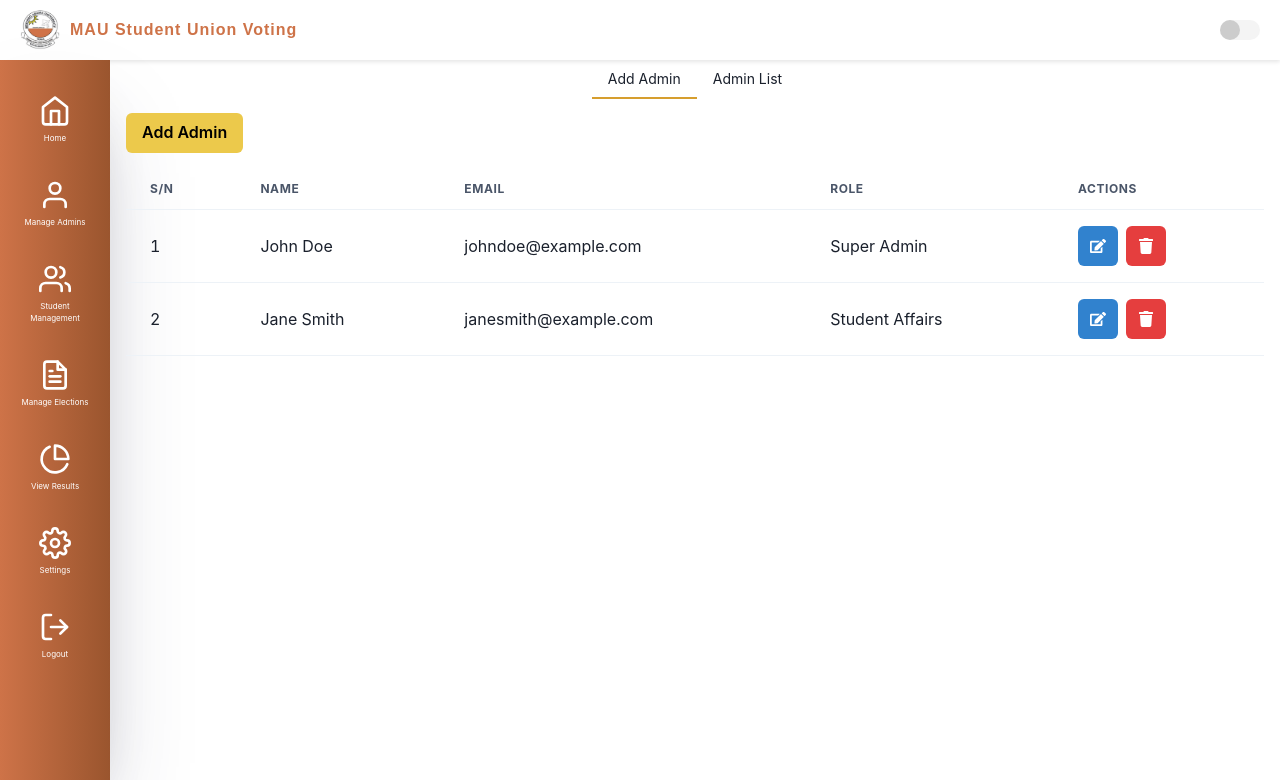
Repository: joena1o/e-vote
Page: /admin-dashboard/manage-admin
The author's editor kept a copy of each file at every save. The page is drawn from the files as they stood at one save, then again after the next save.
The browser window is 1280 px wide. The pictures show the whole page.
The project was rebuilt for these pictures with package versions that can differ from the ones it lists, and the page was loaded fresh each time. Also part of the build but not shown: src/components/EnhancedLogin.js, src/components/maincontent/RegisterStudents/ManageStudents.js, src/components/maincontent/RegisterStudents/RegisterStudents.js, src/components/maincontent/RegisterStudents/StudentManagement.js, src/components/maincontent/ElectionResults/ViewResults.js, src/components/maincontent/ElectionResults/report.js, src/components/maincontent/ElectionResults/ViewElectionResults.js, src/components/maincontent/Settings/Settings.js and 17 more.

Above is the page before, as saved 2023-10-29 11:01:00.

### src/index.js
import React from 'react';
import ReactDOM from 'react-dom/client';
import './index.css';
import App from './App';
import reportWebVitals from './reportWebVitals';
import Modal from 'react-modal';

// Set the app element for the modal for accessibility purposes
Modal.setAppElement('#root');

const root = ReactDOM.createRoot(document.getElementById('root'));
root.render(
  <React.StrictMode>
    <App />
  </React.StrictMode>
);

// If you want to start measuring performance in your app, pass a function
// to log results (for example: reportWebVitals(console.log))
// or send to an analytics endpoint. Learn more: https://bit.ly/CRA-vitals
reportWebVitals();

### src/App.js
import React from 'react';
import { BrowserRouter as Router, Routes, Route, Navigate } from 'react-router-dom';
import EnhancedLogin from './components/EnhancedLogin';
import AdminDashboard from './components/AdminDashboard';
import StudentDashboard from './components/StudentDashboard';
import { ChakraProvider, ColorModeProvider, Button, useColorMode } from '@chakra-ui/react';
import { Provider } from 'react-redux';
import store from './Redux/store';
import ElectionCommitteeDashboard from './components/maincontent/ElectionCommitteeDashboard';

// Component to toggle dark mode
function DarkModeToggle() {
  const { colorMode, toggleColorMode } = useColorMode();
  return (
    <Button onClick={toggleColorMode} position="fixed" m={4} zIndex={10}>
      Toggle {colorMode === 'light' ? 'Dark' : 'Light'}
    </Button>
  );
}

function App() {
  // Check if the current route is not the "/login" route, then render the DarkModeToggle
  // const isLoginPage = window.location.pathname === '/login';

  return (
    <Provider store={store}>
      <ChakraProvider>
        <ColorModeProvider options={{ useSystemColorMode: true }}>
          <Router>
            <Routes>
              {/* Define your routes */}
              <Route path="/login" element={<EnhancedLogin />} />
              <Route path="/admin-dashboard/*" element={<AdminDashboard />} />
              <Route path="/ElectionCommittee-dashboard/*" element={<ElectionCommitteeDashboard />} />
              <Route path='/student-dashboard/*' element={<StudentDashboard />} />
              {/* Redirect root to /admin-dashboard */}
              <Route path="/" element={<Navigate to="/admin-dashboard" replace />} />
            </Routes>
          </Router>
          {/* Render DarkModeToggle only if not on the "/login" page */}
          {/* {!isLoginPage && <DarkModeToggle />} */}
        </ColorModeProvider>
      </ChakraProvider>
    </Provider>
  );
}

export default App;

### src/components/AdminDashboard.js
// AdminDashboard.js
import React from 'react';
import { Routes, Route } from 'react-router-dom';
import StudentManagement from './maincontent/RegisterStudents/StudentManagement';
import ViewResults from './maincontent/ElectionResults/ViewElectionResults';
import Settings from './maincontent/Settings/Settings';
import Home from './maincontent/home/Home';
import ManageAdmin from './maincontent/ManageAdmins/ManageAdmins';
import ManageElections from './maincontent/ManageElections/ManageElections';
import Sidebar from './Sidebar';
import Navbar from './Navbar';
import styled from 'styled-components';

const Container = styled.div`
  display: flex;
  flex-direction: column;
  /* Add the following line to ensure Container fills the screen height */
  height: 100vh;
  width: 100%; /* Use 100% to fill the entire width of the screen */
`;


const Content = styled.div`
  display: flex;
  /* Add the following line to ensure Content fills the remaining screen space */
  flex: 1;
`;

const AdminDashboard = () => {
  return (
    <Container>
      <Navbar />
      <Content>
        <Sidebar />
        <Routes>
          <Route index element={<Home />} />
          <Route path="student-management" element={<StudentManagement />} />
          <Route path="view-results" element={<ViewResults />} />
          <Route path="settings" element={<Settings />} />
          <Route path="manage-admin" element={<ManageAdmin />} />
          <Route path="manage-elections" element={<ManageElections />} />
        </Routes>
      </Content>
    </Container>
  );
};

export default AdminDashboard;

### src/Redux/store.js
import { configureStore } from '@reduxjs/toolkit';
import electionReducer from './electionSlice';
import studentsReducer from './studentsSlice';
import candidatesReducer from './CandidateSlice'; // Import the candidates reducer

const store = configureStore({
  reducer: {
    elections: electionReducer,
    students: studentsReducer,
    candidates: candidatesReducer, // Add the candidates reducer here
  },
});

export default store;

### src/components/maincontent/ManageAdmins/ManageAdmins.js
import React, { useState } from 'react';
import { Tabs, TabList, TabPanels, Tab, TabPanel, Box, Flex, Heading } from '@chakra-ui/react';
import AddAdmin from './AddAdmin';
import AdminList from './AdminList';

const ManageAdmins = () => {
  const [activeTab, setActiveTab] = useState(0);

  const handleTabChange = (index) => {
    setActiveTab(index);
  };

  return (
    <Flex direction="column" align="center" w="100%" h="100vh">

      <Box w="100%">
        <Tabs index={activeTab} onChange={handleTabChange} isLazy w="100%">
          <TabList display="flex" justifyContent="center" mx="auto" borderBottom="none">
            <Tab fontSize="sm" px={4} py={2} _selected={{ borderBottom: '2px solid', borderColor: 'yellow.500' }}>
              Add Admin
            </Tab>
            <Tab fontSize="sm" px={4} py={2} _selected={{ borderBottom: '2px solid', borderColor: 'yellow.500' }}>
              Admin List
            </Tab>
          </TabList>
          <TabPanels>
            <TabPanel>
              <AddAdmin />
            </TabPanel>
            <TabPanel>
              <AdminList />
            </TabPanel>
          </TabPanels>
        </Tabs>
      </Box>
    </Flex>
  );
};

export default ManageAdmins;

### src/components/Sidebar.js
import React from 'react';
import styled from 'styled-components';
import { Link } from 'react-router-dom';
import { FiHome, FiUser, FiUsers, FiFileText, FiSettings, FiLogOut, FiPieChart } from 'react-icons/fi';
import { useColorMode } from '@chakra-ui/react';

const SidebarContainer = styled.nav`
  background: ${props => (props.theme === 'dark' ? '#333' : 'linear-gradient(to right, #ce7348, #9a552e)')};
  padding: 15px;
  height: 100vh;
  color: #fff;
  box-shadow: rgba(50, 50, 93, 0.25) 0px 50px 100px -20px, rgba(0, 0, 0, 0.3) 0px 30px 60px -30px;
  display: flex;
  flex-direction: column;
`;

const LinkList = styled.ul`
  list-style-type: none;
  padding: 0;
  flex: 1;
`;

const StyledLink = styled(Link)`
  text-decoration: none;
  color: #fff;
  display: flex;
  flex-direction: column;
  align-items: center;
  transition: color 0.3s ease;
  margin-bottom: 15px;
  cursor: pointer;
  font-size: 0.5rem;

  &:hover {
    color: #fce364;
  }

  width: 80px;
  text-align: center;
  word-wrap: break-word;
  overflow-wrap: break-word;

  @media (max-width: 768px) {
    font-size: 0.4rem;
  }

  @media (max-width: 480px) {
    font-size: 0.3rem;
  }
`;

const LinkItem = styled.li`
  display: flex;
  align-items: center;
  margin-top: 20px;
`;

const Icon = styled.div`
  font-size: 2rem;
  color: #fff;

  @media (max-width: 768px) {
    font-size: 0.9rem;
  }

  @media (max-width: 480px) {
    font-size: 0.8rem;
  }

  margin-bottom: 5px;

  ${StyledLink}:hover & {
    color: #fce364;  // Change icon color when the link is hovered
  }
`;

function Sidebar() {
  const { colorMode } = useColorMode();

  return (
    <SidebarContainer theme={colorMode}>
      <LinkList>
        <LinkItem>
          <StyledLink to="/admin-dashboard">
            <Icon><FiHome /></Icon>
            Home
          </StyledLink>
        </LinkItem>
        <LinkItem>
          <StyledLink to="/admin-dashboard/manage-admin">
            <Icon><FiUser /></Icon>
            Manage Admins
          </StyledLink>
        </LinkItem>
        <LinkItem>
          <StyledLink to="/admin-dashboard/student-management">
            <Icon><FiUsers /></Icon>
            Student Management
          </StyledLink>
        </LinkItem>
        <LinkItem>
          <StyledLink to="/admin-dashboard/manage-elections">
            <Icon><FiFileText /></Icon>
            Manage Elections
          </StyledLink>
        </LinkItem>
        <LinkItem>
          <StyledLink to="/admin-dashboard/view-results">
            <Icon><FiPieChart /></Icon>
            View Results
          </StyledLink>
        </LinkItem>
        <LinkItem>
          <StyledLink to="/admin-dashboard/settings">
            <Icon><FiSettings /></Icon>
            Settings
          </StyledLink>
        </LinkItem>
        <LinkItem>
          <StyledLink to="/logout">
            <Icon><FiLogOut /></Icon>
            Logout
          </StyledLink>
        </LinkItem>
      </LinkList>
    </SidebarContainer>
  );
}

export default Sidebar;

### src/components/Navbar.js
import React from 'react';
import styled, { createGlobalStyle } from 'styled-components';
import logo from '../assets/school_logo.jpg';
import { useColorMode } from '@chakra-ui/react';

const GlobalStyle = createGlobalStyle`
  body {
    background-color: ${props => (props.theme === 'dark' ? '#333' : '#fff')};
    color: ${props => (props.theme === 'dark' ? '#fff' : '#000')}; // Set other component texts to black in light mode
  }
`;

const Header = styled.header`
  background: ${props => (props.theme === 'dark' ? '#333' : '#fff')};
  color: ${props => (props.theme === 'dark' ? '#fff' : '#ce7348')}; // Set navbar text to brown in light mode
  padding: 10px 20px;
  display: flex;
  align-items: center;
  justify-content: flex-start;
  box-shadow: 0px 2px 4px rgba(0, 0, 0, 0.1);
  font-family: 'Poppins', sans-serif;
`;


const Logo = styled.img`
  width: 40px;
  height: 40px;
  border-radius: 20px;
  margin-right: 10px;
`;

const Title = styled.h1`
  margin: 0;
  padding: 0;
  font-size: 1rem;
  font-weight: 600;
  letter-spacing: 1px;
`;

const ToggleSlider = styled.label`
  display: flex;
  align-items: center;
  cursor: pointer;
  margin-left: auto;
`;

const SliderInput = styled.input.attrs({ type: 'checkbox' })`
  display: none;
`;

const Slider = styled.div`
  width: 40px;
  height: 20px;
  background-color: ${props => (props.theme === 'dark' ? '#333' : '#f4f4f4')};
  border-radius: 20px;
  position: relative;
  transition: background-color 0.3s ease;
  cursor: pointer;

  &::after {
    content: '';
    width: 20px;
    height: 20px;
    border-radius: 50%;
    background-color: ${props => (props.theme === 'dark' ? '#fff' : '#ccc')};
    position: absolute;
    top: 50%;
    transform: translateY(-50%);
    left: ${props => (props.theme === 'dark' ? '20px' : '0')};
    transition: left 0.3s ease;
  }
`;

function Navbar() {
  const { colorMode, toggleColorMode } = useColorMode();

  return (
    <>
      <GlobalStyle theme={colorMode} />
      <Header theme={colorMode}>
        <Logo src={logo} alt="University Logo" />
        <Title>MAU Student Union Voting</Title>
        <ToggleSlider>
          <SliderInput type="checkbox" onChange={toggleColorMode} />
          <Slider theme={colorMode} />
        </ToggleSlider>
      </Header>
    </>
  );
}

export default Navbar;

### src/Redux/electionSlice.js
/*import { createSlice, createAsyncThunk } from '@reduxjs/toolkit';
import { API, graphqlOperation } from 'aws-amplify';
import { createElection as createElectionAPI } from '../graphql/mutations';

export const createElection = createAsyncThunk(
  'elections/createElection',
  async (election, { rejectWithValue }) => {
    try {
      const result = await API.graphql(graphqlOperation(createElectionAPI, { input: election }));
      return result.data.createElection;
    } catch (error) {
      return rejectWithValue(error);
    }
  }
);

const electionSlice = createSlice({
  name: 'elections',
  initialState: [],
  reducers: {},
  extraReducers: (builder) => {
    builder.addCase(createElection.fulfilled, (state, action) => {
      state.push(action.payload);
    });
  },
});

export default electionSlice.reducer;
*/

### src/Redux/studentsSlice.js
import { createSlice } from '@reduxjs/toolkit';

export const studentsSlice = createSlice({
  name: 'students',
  initialState: [],
  reducers: {
    addStudents: (state, action) => {
      // Add students to the Redux store
      action.payload.forEach(student => {
        state.push(student);
      });
    },
  },
});

export const { addStudents } = studentsSlice.actions;

export default studentsSlice.reducer;

### src/Redux/CandidateSlice.js

import { createSlice } from '@reduxjs/toolkit';

export const candidatesSlice = createSlice({
  name: 'candidates',
  initialState: [],
  reducers: {
    setCandidates: (state, action) => {
      return action.payload;
    },
  },
});

export const { setCandidates } = candidatesSlice.actions;
export default candidatesSlice.reducer;

### src/components/maincontent/ManageAdmins/AddAdmin.js
import React, { useState } from 'react';
import {
  Box,
  VStack,
  Heading,
  Text,
  useColorModeValue,
  Button,
  Input,
  Modal,
  ModalOverlay,
  ModalContent,
  ModalHeader,
  ModalFooter,
  ModalBody,
  ModalCloseButton,
  Select,
  FormControl,
  FormLabel,
  Table,
  Thead,
  Tbody,
  Tr,
  Th,
  Td,
  Container,
  IconButton,
} from '@chakra-ui/react';
import { FaEdit, FaTrash } from 'react-icons/fa';

const AddAdmin = () => {
  const colorModeValue = useColorModeValue('gray.200', 'gray.600');

  const [isOpen, setIsOpen] = useState(false);

  const initialAdminData = {
    name: '',
    email: '',
    role: 'Super Admin',
  };

  const [adminData, setAdminData] = useState(initialAdminData);

  // Mock data for admins
  const [admins, setAdmins] = useState([
    {
      name: 'John Doe',
      email: 'johndoe@example.com',
      role: 'Super Admin',
    },
    {
      name: 'Jane Smith',
      email: 'janesmith@example.com',
      role: 'Student Affairs',
    },
  ]);

  const handleInputChange = (e) => {
    const { name, value } = e.target;
    setAdminData({ ...adminData, [name]: value });
  };

  const openModal = () => {
    setIsOpen(true);
  };

  const closeModal = () => {
    setIsOpen(false);
    setAdminData(initialAdminData);
  };

  const handleSubmit = () => {
    // Add your logic to handle admin data submission here
    console.log('Admin Data Submitted:', adminData);

    // Add the admin data to the admins state
    setAdmins([...admins, adminData]);

    closeModal();
  };

  const handleEditAdmin = (index) => {
    // Add logic to edit admin here, e.g., open a modal for editing
    console.log('Editing admin at index:', index);
  };

  const handleDeleteAdmin = (index) => {
    // Add logic to delete admin here, e.g., show a confirmation modal
    console.log('Deleting admin at index:', index);
  };

  return (
    <Container maxW="100vw" w="100" p={0}>
      <Box>
        <Button colorScheme="yellow" onClick={openModal}>
          Add Admin
        </Button>

        <Modal isOpen={isOpen} onClose={closeModal} size="sm">
          <ModalOverlay />
          <ModalContent
            borderRadius="8px"
            bg={colorModeValue}
            color={colorModeValue === 'gray.200' ? 'black' : 'white'}
          >
            <ModalHeader
              fontSize="lg"
              fontWeight="bold"
              borderBottom="1px solid"
              borderColor={
                colorModeValue === 'gray.200' ? 'gray.300' : 'gray.600'
              }
            >
              Add New Admin
            </ModalHeader>
            <ModalCloseButton />
            <ModalBody>
              <VStack spacing={4}>
                <FormControl>
                  <FormLabel>Name:</FormLabel>
                  <Input
                    type="text"
                    name="name"
                    value={adminData.name}
                    onChange={handleInputChange}
                  />
                </FormControl>
                <FormControl>
                  <FormLabel>Email:</FormLabel>
                  <Input
                    type="email"
                    name="email"
                    value={adminData.email}
                    onChange={handleInputChange}
                  />
                </FormControl>
                <FormControl>
                  <FormLabel>Role:</FormLabel>
                  <Select
                    name="role"
                    value={adminData.role}
                    onChange={handleInputChange}
                  >
                    <option value="Super Admin">Super Admin</option>
                    <option value="Student Affairs">Student Affairs</option>
                  </Select>
                </FormControl>
              </VStack>
            </ModalBody>
            <ModalFooter
              borderTop="1px solid"
              borderColor={
                colorModeValue === 'gray.200' ? 'gray.300' : 'gray.600'
              }
            >
              <Button
                bg="brown"
                color="white"
                _hover={{ bg: 'brown.600' }}
                _focus={{ boxShadow: 'none' }}
                onClick={handleSubmit}
              >
                Add Admin
              </Button>
            </ModalFooter>
          </ModalContent>
        </Modal>
      </Box>

      <Table variant="simple" mt={4} w="100%">
        <Thead>
          <Tr>
            <Th>S/N</Th>
            <Th>Name</Th>
            <Th>Email</Th>
            <Th>Role</Th>
            <Th>Actions</Th>
          </Tr>
        </Thead>
        <Tbody>
          {admins.map((admin, index) => (
            <Tr key={index}>
              <Td>{index + 1}</Td>
              <Td>{admin.name}</Td>
              <Td>{admin.email}</Td>
              <Td>{admin.role}</Td>
              <Td>
                <IconButton
                  icon={<FaEdit />}
                  colorScheme="blue"
                  onClick={() => handleEditAdmin(index)}
                  aria-label="Edit"
                  mr={2}
                />
                <IconButton
                  icon={<FaTrash />}
                  colorScheme="red"
                  onClick={() => handleDeleteAdmin(index)}
                  aria-label="Delete"
                />
              </Td>
            </Tr>
          ))}
        </Tbody>
      </Table>
    </Container>
  );
};

export default AddAdmin;

Loaded but not shown: public/index.html (common file); src/index.css (common file); src/reportWebVitals.js (common file)

After the next save:
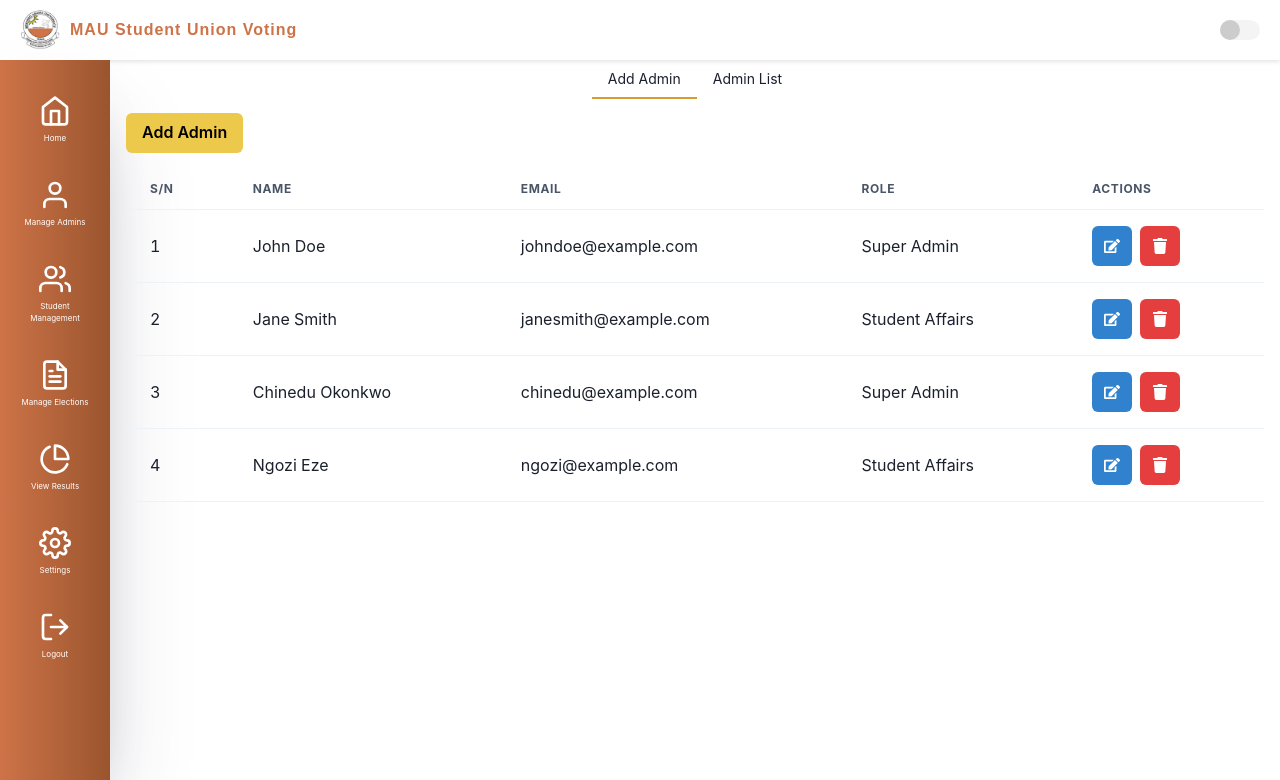
Saved 2 min 18 s later.
--- a/src/components/maincontent/ManageAdmins/AddAdmin.js
+++ b/src/components/maincontent/ManageAdmins/AddAdmin.js
@@ -51,6 +51,16 @@ const AddAdmin = () => {
     {
       name: 'Jane Smith',
       email: 'janesmith@example.com',
+      role: 'Student Affairs',
+    },
+    {
+      name: 'Chinedu Okonkwo',
+      email: 'chinedu@example.com',
+      role: 'Super Admin',
+    },
+    {
+      name: 'Ngozi Eze',
+      email: 'ngozi@example.com',
       role: 'Student Affairs',
     },
   ]);
